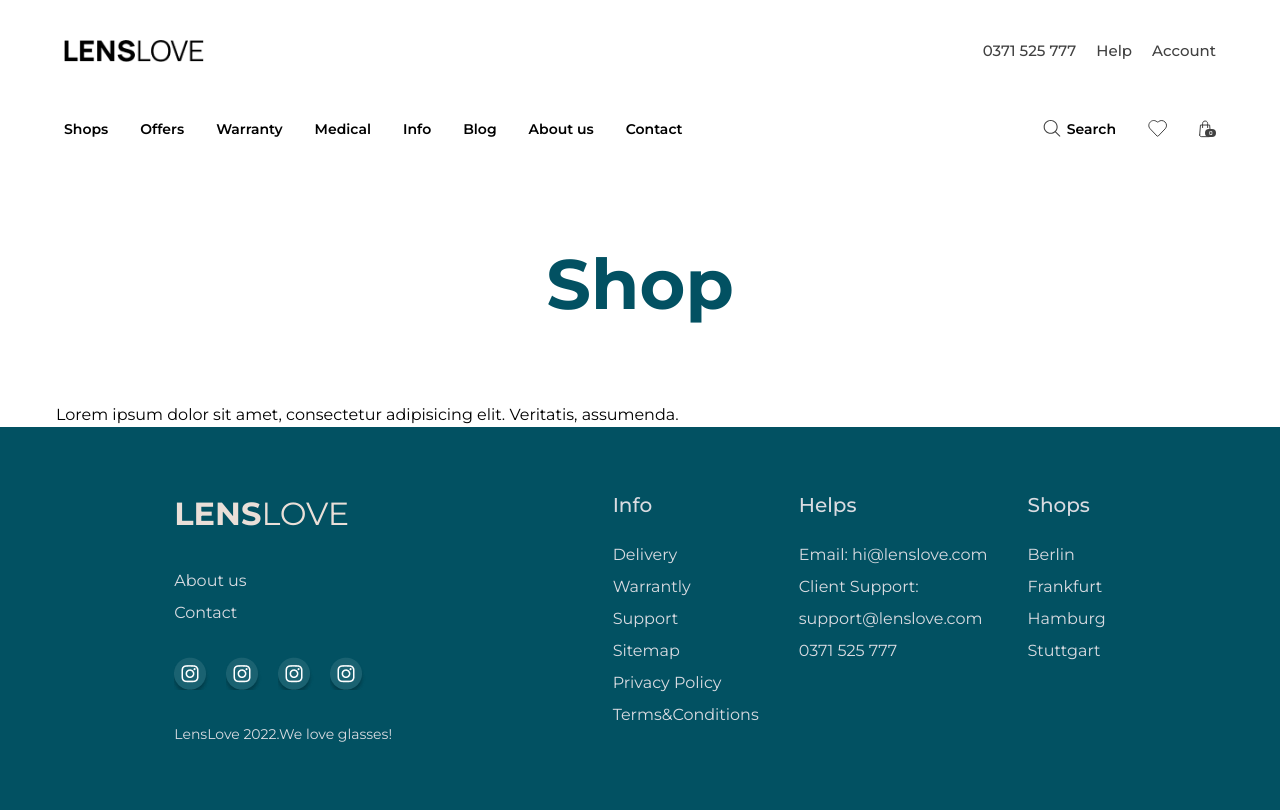
Repository: thienthanhvinh/glasses-react
Page: /shop
An editor plug-in stored every save of this project. The page is shown before and after the next save, followed by the edit.
The browser window is 1280 px wide. The pictures show the whole page.
The project was rebuilt for these pictures with package versions that can differ from the ones it lists, and the page was loaded fresh each time. Also part of the build but not shown: src/App.css, src/components/button/Button.js, src/components/category/Category.js, src/components/intro/Intro.js, src/components/sales/SpringSales.js, src/modules/GlassesGrid.js, src/modules/GlassesItem.js, src/modules/HeadlineImage.js and 11 more.

Above is the page before, as saved 2023-02-13 20:14:22.

After the next save:
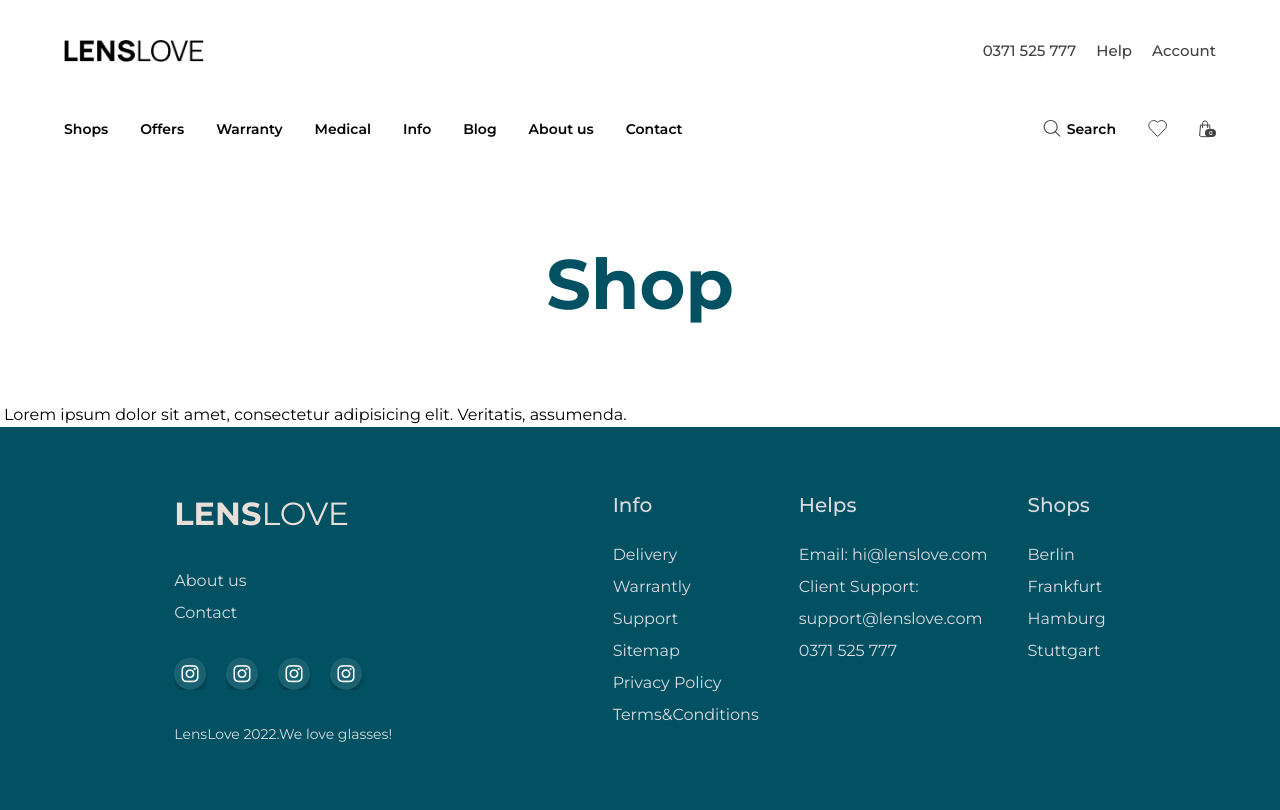
Saved 7 s later.
--- a/src/pages/ShopPage.js
+++ b/src/pages/ShopPage.js
@@ -8,7 +8,7 @@ const ShopPage = () => {
     <>
       <LayoutGlasses>
         <Heading className="mt-14">Shop</Heading>
-        <div className="px-14">
+        <div className="px-1">
           <div className="mt-[70px]">
             <h2>Lorem ipsum dolor sit amet, consectetur adipisicing elit. Veritatis, assumenda.</h2>
           </div>
